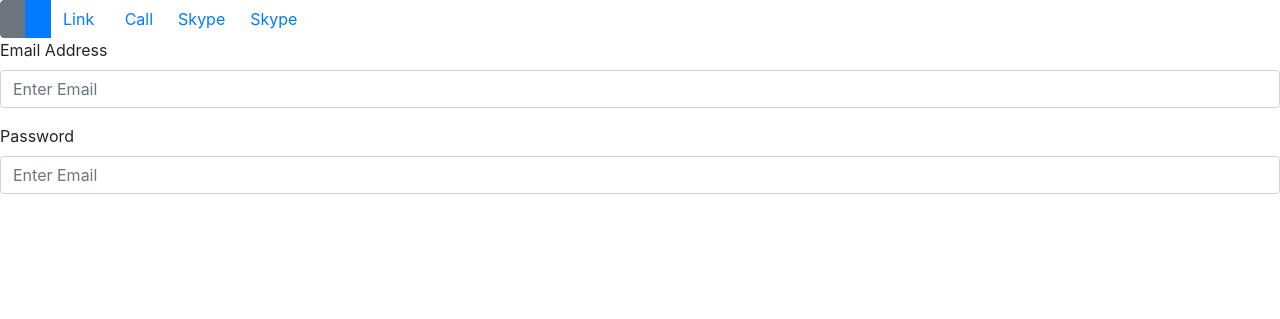
Repository: HwZau/conFusion
Page: index2.html
These files come from the project's save history. The page is drawn as it stood at one moment and after a run of saves; the edit follows.
The browser window is 1280 px wide. The pictures show the whole page.

Above is the page before, as saved 2022-05-19 09:13:55.

### index2.html
<head>
    <meta charset="utf-8" />
    <meta name="viewport" content="width=device-width, initial-scale=1, shrink-to-fit=no" />
    <meta http-equiv="x-ua-compatible" content="ie=edge" />
    <title>Button Review</title>
    <link rel="stylesheet" href="node_modules/bootstrap/dist/css/bootstrap.min.css" />
    <link rel="stylesheet" href="css/style.css" />
</head>

<body>
    <div class="btn-group" role="group" aria-label="Basic Example">
        <button class="btn btn-secondary"></button>
        <button class="btn btn-primary"></button>
        <a href="#" class="btn btn-link">Link</a>
    </div>
    <div class="btn-group" role="group">
        <a href="#" class="btn" role="group"><i class="fa fa-phone"></i> Call</a>
        <a href="#" class="btn" role="group"><i class="fa fa-skype"></i> Skype</a>
        <a href="#" class="btn" role="group"><i class="fa fa-envelope"></i> Skype</a>
    </div>
    <form action="">
        <div class="form-group">
            <label for="e1">Email Address</label>
            <input type="email" class="form-control" id="e1" placeholder="Enter Email">
        </div>
        <div class="form-group">
            <label for="e2">Password</label>
            <input type="password" class="form-control" id="e2" placeholder="Enter Email">
        </div>
    </form>
</body>

### css/style.css

.row-header {
	margin: 0px auto;
	padding: 0px auto;
}

.row-content {
	margin: 0 auto;
	padding: 50px 0px 50px 0px;
	border-bottom: 1px ridge;
	min-height: 400px;
}

.footer {
	background-color: #D1C4E9;
	margin: 0px auto;
	padding: 20px 0px 20px 0px;
}

.jumbotron {
	padding: 70px 30px 70px 30px;
	margin: 0px auto;
	background: #9575CD;
	color: floralwhite;
}

address {
	font-size: 90%;
	margin: 0px;
	color:#0f0f0f;
}

Loaded but not shown: node_modules/bootstrap/dist/css/bootstrap.min.css (library)

After the next 3 saves:
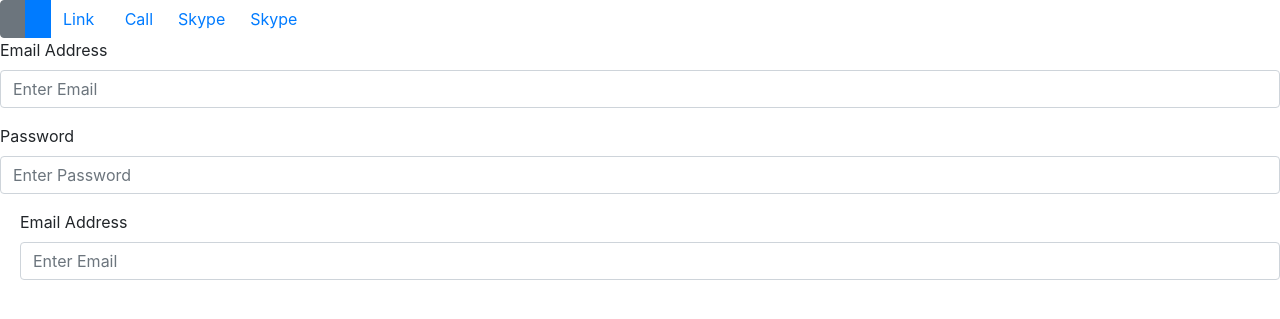
The 3 saves are shown as one change because they came seconds apart.
The last was saved 11 s later.
--- a/index2.html
+++ b/index2.html
@@ -1,31 +1,58 @@
 <head>
-    <meta charset="utf-8" />
-    <meta name="viewport" content="width=device-width, initial-scale=1, shrink-to-fit=no" />
-    <meta http-equiv="x-ua-compatible" content="ie=edge" />
-    <title>Button Review</title>
-    <link rel="stylesheet" href="node_modules/bootstrap/dist/css/bootstrap.min.css" />
-    <link rel="stylesheet" href="css/style.css" />
+  <meta charset="utf-8" />
+  <meta
+    name="viewport"
+    content="width=device-width, initial-scale=1, shrink-to-fit=no"
+  />
+  <meta http-equiv="x-ua-compatible" content="ie=edge" />
+  <title>Button Review</title>
+  <link
+    rel="stylesheet"
+    href="node_modules/bootstrap/dist/css/bootstrap.min.css"
+  />
+  <link rel="stylesheet" href="css/style.css" />
 </head>
 
 <body>
-    <div class="btn-group" role="group" aria-label="Basic Example">
-        <button class="btn btn-secondary"></button>
-        <button class="btn btn-primary"></button>
-        <a href="#" class="btn btn-link">Link</a>
+  <div class="btn-group" role="group" aria-label="Basic Example">
+    <button class="btn btn-secondary"></button>
+    <button class="btn btn-primary"></button>
+    <a href="#" class="btn btn-link">Link</a>
+  </div>
+  <div class="btn-group" role="group">
+    <a href="#" class="btn" role="group"><i class="fa fa-phone"></i> Call</a>
+    <a href="#" class="btn" role="group"><i class="fa fa-skype"></i> Skype</a>
+    <a href="#" class="btn" role="group"
+      ><i class="fa fa-envelope"></i> Skype</a
+    >
+  </div>
+  <form action="">
+    <div class="form-group">
+      <label for="e1">Email Address</label>
+      <input
+        type="email"
+        class="form-control"
+        id="e1"
+        placeholder="Enter Email"
+      />
     </div>
-    <div class="btn-group" role="group">
-        <a href="#" class="btn" role="group"><i class="fa fa-phone"></i> Call</a>
-        <a href="#" class="btn" role="group"><i class="fa fa-skype"></i> Skype</a>
-        <a href="#" class="btn" role="group"><i class="fa fa-envelope"></i> Skype</a>
+    <div class="form-group">
+      <label for="e2">Password</label>
+      <input
+        type="password"
+        class="form-control"
+        id="e2"
+        placeholder="Enter Password"
+      />
     </div>
-    <form action="">
-        <div class="form-group">
-            <label for="e1">Email Address</label>
-            <input type="email" class="form-control" id="e1" placeholder="Enter Email">
-        </div>
-        <div class="form-group">
-            <label for="e2">Password</label>
-            <input type="password" class="form-control" id="e2" placeholder="Enter Email">
-        </div>
-    </form>
+    <div class="form-check">
+      <label for="e1">Email Address</label>
+      <input
+        type="email"
+        class="form-control"
+        id="e1"
+        placeholder="Enter Email"
+      />
+    </div>
+  </form>
 </body>
